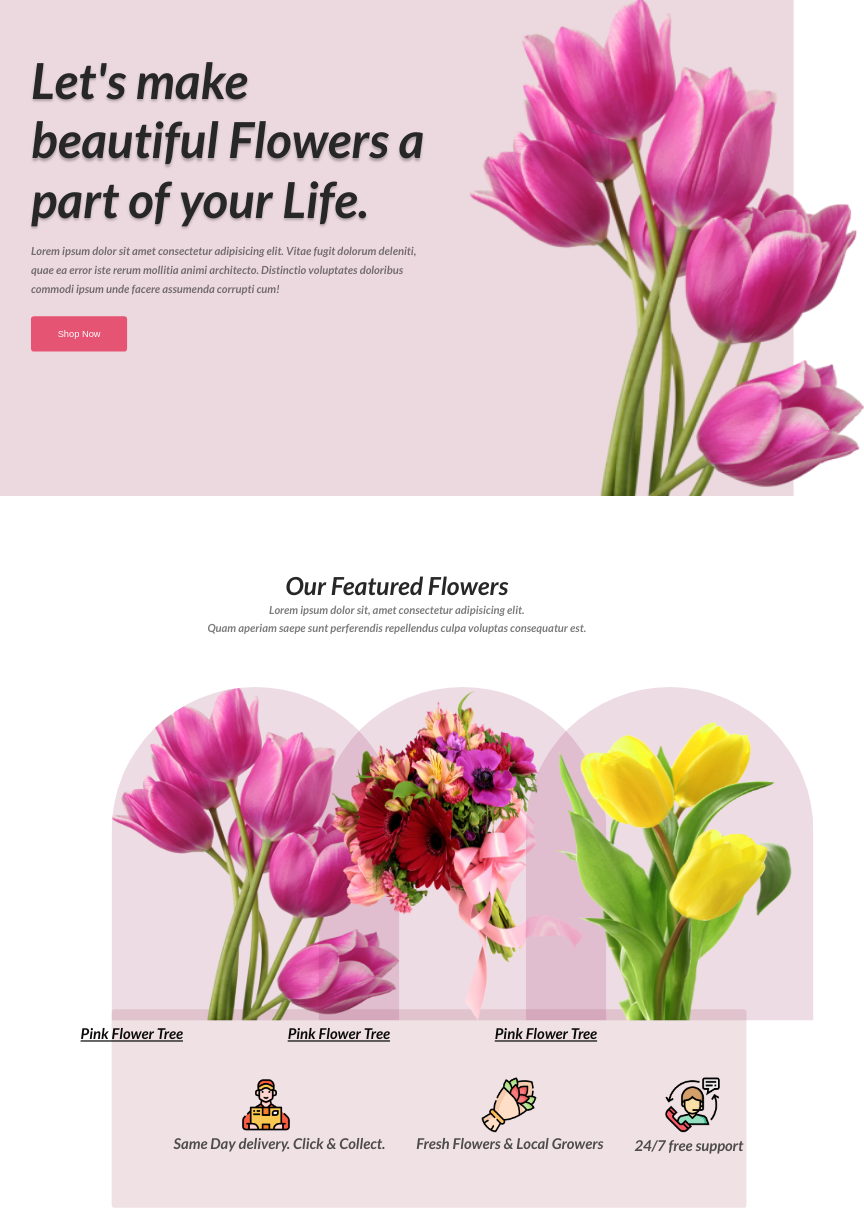
Repository: AnitaAkter/anita-flower-shop
Page: index.html
An editor plug-in stored every save of this project. The page is shown before and after the next save, followed by the edit.
The browser window is 1280 px wide. The page is 1393 px wide, so the pictures cover 1393 px, including what lies to the right of the window. The pictures show the whole page, at 62% of full size.

Above is the page before, as saved 2023-09-05 22:21:16.

After the next save:
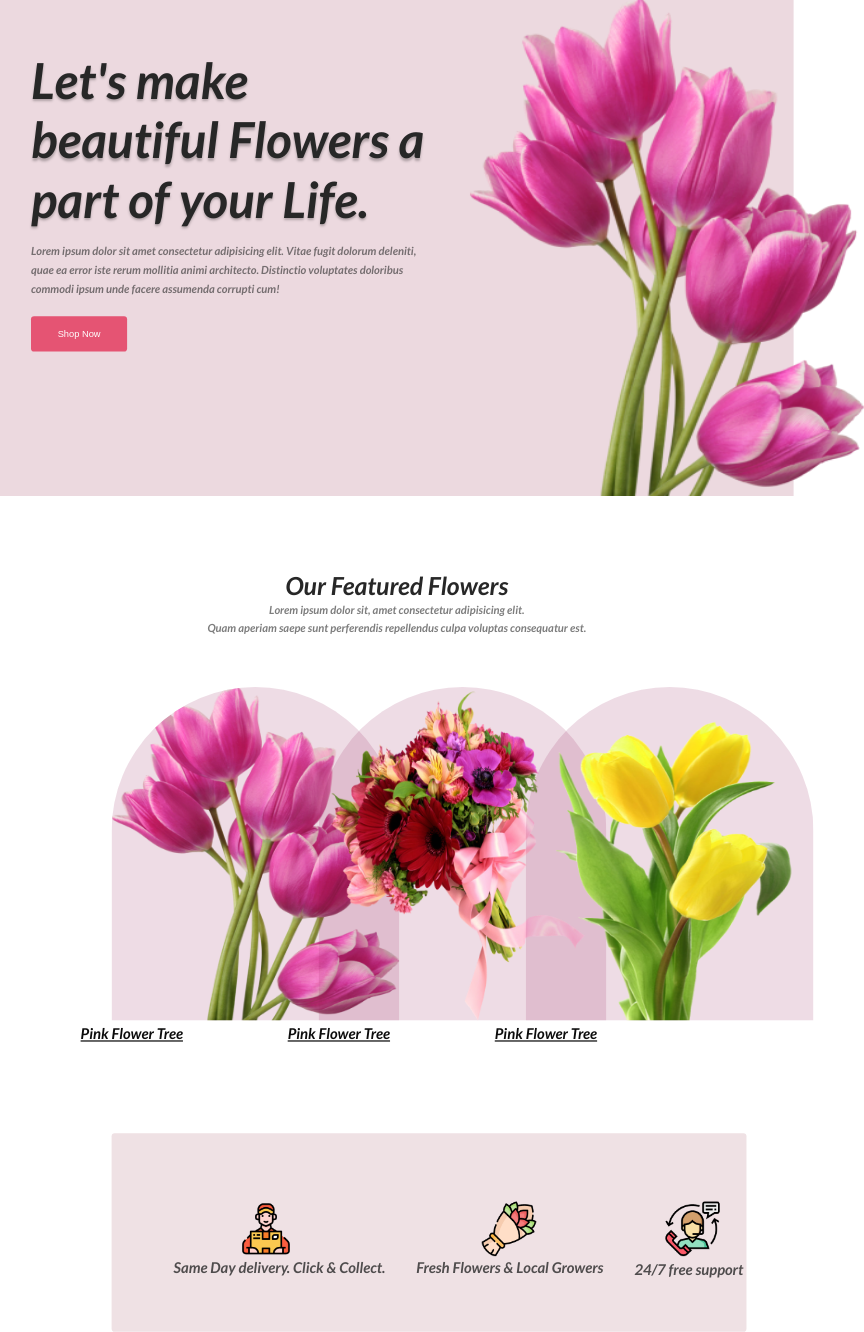
Saved 13 s later.
--- a/style.css
+++ b/style.css
@@ -123,7 +123,7 @@ header {
     margin-left: 180px;
     margin-right: 140px;
     width: 80%;
-    height: 320px;
+    height: 520px;
 
 }
 
